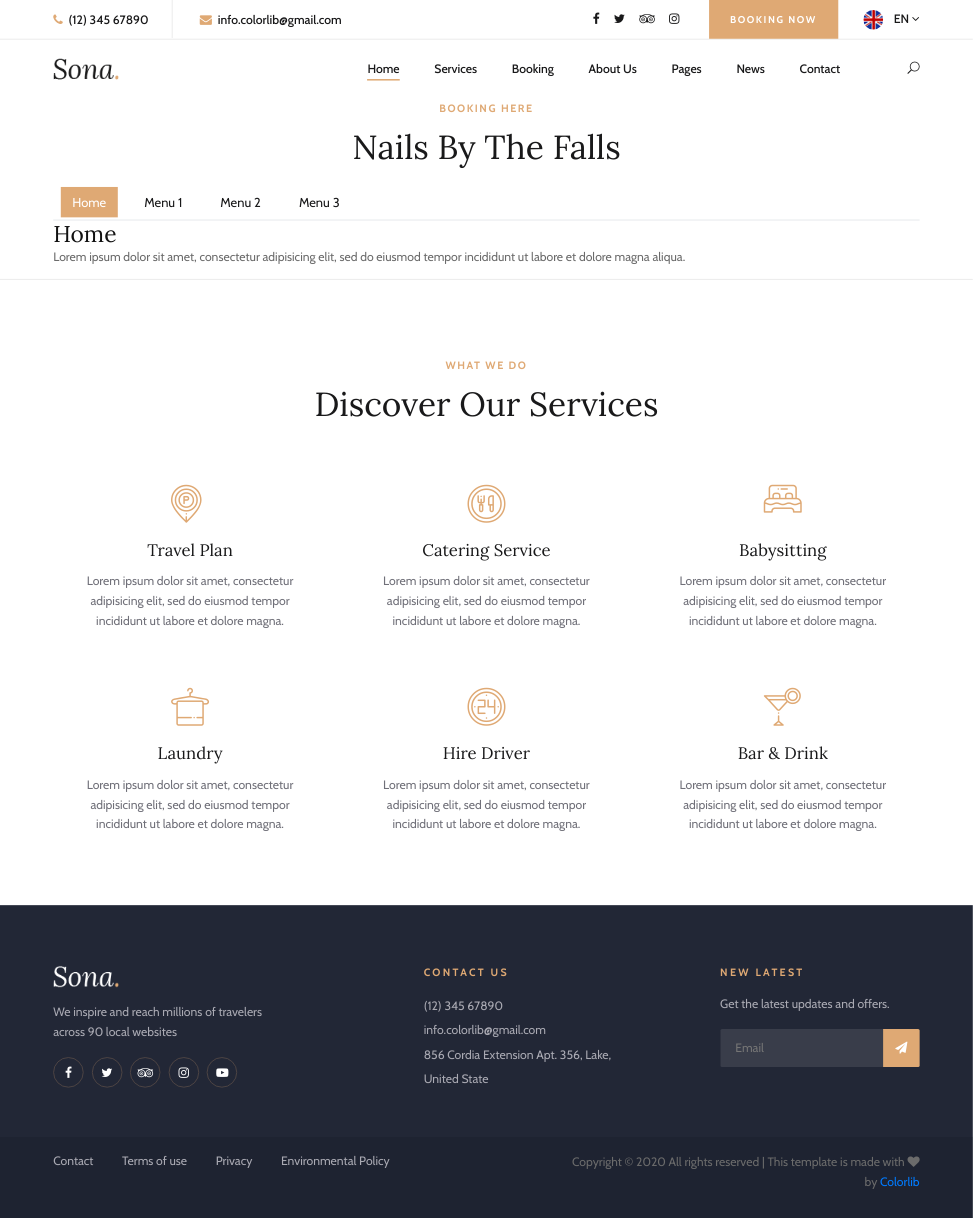
Repository: KeriBoss/Booking_Spa
Page: booking.html
These files come from the project's save history. The page is drawn as it stood at one moment and after the next save; the edit follows.
The browser window is 1280 px wide. The pictures show the whole page, at 76% of full size.

Above is the page before, as saved 2023-05-19 16:01:58.

### booking.html
<!DOCTYPE html>
<html lang="zxx">

<head>
    <meta charset="UTF-8" />
    <meta name="description" content="Sona Template" />
    <meta name="keywords" content="Sona, unica, creative, html" />
    <meta name="viewport" content="width=device-width, initial-scale=1.0" />
    <meta http-equiv="X-UA-Compatible" content="ie=edge" />
    <title>Nail | Template</title>

    <!-- Google Font -->
    <link href="https://fonts.googleapis.com/css?family=Lora:400,700&display=swap" rel="stylesheet" />
    <link href="https://fonts.googleapis.com/css?family=Cabin:400,500,600,700&display=swap" rel="stylesheet" />

    <!-- Css Styles -->
    <link rel="stylesheet" href="css/bootstrap.min.css" type="text/css" />
    <link rel="stylesheet" href="css/font-awesome.min.css" type="text/css" />
    <link rel="stylesheet" href="css/elegant-icons.css" type="text/css" />
    <link rel="stylesheet" href="css/flaticon.css" type="text/css" />
    <link rel="stylesheet" href="css/owl.carousel.min.css" type="text/css" />
    <link rel="stylesheet" href="css/nice-select.css" type="text/css" />
    <link rel="stylesheet" href="css/jquery-ui.min.css" type="text/css" />
    <link rel="stylesheet" href="css/magnific-popup.css" type="text/css" />
    <link rel="stylesheet" href="css/slicknav.min.css" type="text/css" />
    <link rel="stylesheet" href="css/style.css" type="text/css" />
</head>

<body>
    <!-- Page Preloder -->
    <div id="preloder">
        <div class="loader"></div>
    </div>

    <!-- Offcanvas Menu Section Begin -->
    <div class="offcanvas-menu-overlay"></div>
    <div class="canvas-open">
        <i class="icon_menu"></i>
    </div>
    <div class="offcanvas-menu-wrapper">
        <div class="canvas-close">
            <i class="icon_close"></i>
        </div>
        <div class="search-icon search-switch">
            <i class="icon_search"></i>
        </div>
        <div class="header-configure-area">
            <div class="language-option">
                <img src="img/flag.jpg" alt="" />
                <span>EN <i class="fa fa-angle-down"></i></span>
                <div class="flag-dropdown">
                    <ul>
                        <li><a href="#">Zi</a></li>
                        <li><a href="#">Fr</a></li>
                    </ul>
                </div>
            </div>
            <a href="#" class="bk-btn">Booking Now</a>
        </div>
        <nav class="mainmenu mobile-menu">
            <ul>
                <li class="active"><a href="./index.html">Home</a></li>
                <li><a href="./rooms.html">Rooms</a></li>
                <li><a href="./about-us.html">About Us</a></li>
                <li>
                    <a href="./pages.html">Pages</a>
                    <ul class="dropdown">
                        <li><a href="./room-details.html">Room Details</a></li>
                        <li><a href="#">Deluxe Room</a></li>
                        <li><a href="#">Family Room</a></li>
                        <li><a href="#">Premium Room</a></li>
                    </ul>
                </li>
                <li><a href="./blog.html">News</a></li>
                <li><a href="./contact.html">Contact</a></li>
            </ul>
        </nav>
        <div id="mobile-menu-wrap"></div>
        <div class="top-social">
            <a href="#"><i class="fa fa-facebook"></i></a>
            <a href="#"><i class="fa fa-twitter"></i></a>
            <a href="#"><i class="fa fa-tripadvisor"></i></a>
            <a href="#"><i class="fa fa-instagram"></i></a>
        </div>
        <ul class="top-widget">
            <li><i class="fa fa-phone"></i> (12) 345 67890</li>
            <li><i class="fa fa-envelope"></i> info.colorlib@gmail.com</li>
        </ul>
    </div>
    <!-- Offcanvas Menu Section End -->

    <!-- Header Section Begin -->
    <header class="header-section">
        <div class="top-nav">
            <div class="container">
                <div class="row">
                    <div class="col-lg-6">
                        <ul class="tn-left">
                            <li><i class="fa fa-phone"></i> (12) 345 67890</li>
                            <li><i class="fa fa-envelope"></i> info.colorlib@gmail.com</li>
                        </ul>
                    </div>
                    <div class="col-lg-6">
                        <div class="tn-right">
                            <div class="top-social">
                                <a href="#"><i class="fa fa-facebook"></i></a>
                                <a href="#"><i class="fa fa-twitter"></i></a>
                                <a href="#"><i class="fa fa-tripadvisor"></i></a>
                                <a href="#"><i class="fa fa-instagram"></i></a>
                            </div>
                            <a href="#" class="bk-btn">Booking Now</a>
                            <div class="language-option">
                                <img src="img/flag.jpg" alt="" />
                                <span>EN <i class="fa fa-angle-down"></i></span>
                                <div class="flag-dropdown">
                                    <ul>
                                        <li><a href="#">Zi</a></li>
                                        <li><a href="#">Fr</a></li>
                                    </ul>
                                </div>
                            </div>
                        </div>
                    </div>
                </div>
            </div>
        </div>
        <div class="menu-item">
            <div class="container">
                <div class="row">
                    <div class="col-lg-2">
                        <div class="logo">
                            <a href="./index.html">
                                <img src="img/logo.png" alt="" />
                            </a>
                        </div>
                    </div>
                    <div class="col-lg-10">
                        <div class="nav-menu">
                            <nav class="mainmenu">
                                <ul>
                                    <li class="active"><a href="./index.html">Home</a></li>
                                    <li><a href="./rooms.html">Services</a></li>
                                    <li><a href="./rooms.html">Booking</a></li>
                                    <li><a href="./about-us.html">About Us</a></li>
                                    <li>
                                        <a href="./pages.html">Pages</a>
                                        <ul class="dropdown">
                                            <li><a href="./room-details.html">Room Details</a></li>
                                            <li><a href="./blog-details.html">Blog Details</a></li>
                                            <li><a href="#">Family Room</a></li>
                                            <li><a href="#">Premium Room</a></li>
                                        </ul>
                                    </li>
                                    <li><a href="./blog.html">News</a></li>
                                    <li><a href="./contact.html">Contact</a></li>
                                </ul>
                            </nav>
                            <div class="nav-right search-switch">
                                <i class="icon_search"></i>
                            </div>
                        </div>
                    </div>
                </div>
            </div>
        </div>
    </header>
    <!-- Header End -->

    <!-- Booking start-->
    <section class="booking-nail">
        <div class="container">
            <div class="row">
                <div class="col-lg-12">
                    <div class="section-title">
                        <span>Booking here</span>
                        <h2>Nails By The Falls</h2>
                    </div>
                </div>
                <div class="col-lg-12">
                    <div class="w-100">

                    </div>
                    <div class="card-booking">
                        <ul class="nav nav-tabs">
                            <li class="active"><a class="active" data-toggle="tab" href="#home">Home</a></li>
                            <li><a data-toggle="tab" href="#menu1">Menu 1</a></li>
                            <li><a data-toggle="tab" href="#menu2">Menu 2</a></li>
                            <li><a data-toggle="tab" href="#menu3">Menu 3</a></li>
                        </ul>

                        <div class="tab-content">
                            <div id="home" class="tab-pane fade show active">
                                <h3>Home</h3>
                                <p>Lorem ipsum dolor sit amet, consectetur adipisicing elit, sed do eiusmod tempor
                                    incididunt ut labore et dolore magna aliqua.</p>
                            </div>

                            <div id="menu1" class="tab-pane fade">
                                <h3>Menu 1</h3>
                                <p>Lorem ipsum dolor sit amet, consectetur adipisicing elit, sed do eiusmod tempor
                                    incididunt ut labore et dolore magna aliqua.</p>
                            </div>

                            <div id="menu2" class="tab-pane fade">
                                <h3>Menu 2</h3>
                                <p>Lorem ipsum dolor sit amet, consectetur adipisicing elit, sed do eiusmod tempor
                                    incididunt ut labore et dolore magna aliqua.</p>
                            </div>

                            <div id="menu3" class="tab-pane fade">
                                <h3>Menu 3</h3>
                                <p>Lorem ipsum dolor sit amet, consectetur adipisicing elit, sed do eiusmod tempor
                                    incididunt ut labore et dolore magna aliqua.</p>
                            </div>

                        </div>

                    </div>
                </div>
            </div>
        </div>
    </section>
    <!-- Booking end-->

    <!-- Services Section End -->
    <section class="services-section spad">
        <div class="container">
            <div class="row">
                <div class="col-lg-12">
                    <div class="section-title">
                        <span>What We Do</span>
                        <h2>Discover Our Services</h2>
                    </div>
                </div>
            </div>
            <div class="row">
                <div class="col-lg-4 col-sm-6">
                    <div class="service-item">
                        <i class="flaticon-036-parking"></i>
                        <h4>Travel Plan</h4>
                        <p>
                            Lorem ipsum dolor sit amet, consectetur adipisicing elit, sed do
                            eiusmod tempor incididunt ut labore et dolore magna.
                        </p>
                    </div>
                </div>
                <div class="col-lg-4 col-sm-6">
                    <div class="service-item">
                        <i class="flaticon-033-dinner"></i>
                        <h4>Catering Service</h4>
                        <p>
                            Lorem ipsum dolor sit amet, consectetur adipisicing elit, sed do
                            eiusmod tempor incididunt ut labore et dolore magna.
                        </p>
                    </div>
                </div>
                <div class="col-lg-4 col-sm-6">
                    <div class="service-item">
                        <i class="flaticon-026-bed"></i>
                        <h4>Babysitting</h4>
                        <p>
                            Lorem ipsum dolor sit amet, consectetur adipisicing elit, sed do
                            eiusmod tempor incididunt ut labore et dolore magna.
                        </p>
                    </div>
                </div>
                <div class="col-lg-4 col-sm-6">
                    <div class="service-item">
                        <i class="flaticon-024-towel"></i>
                        <h4>Laundry</h4>
                        <p>
                            Lorem ipsum dolor sit amet, consectetur adipisicing elit, sed do
                            eiusmod tempor incididunt ut labore et dolore magna.
                        </p>
                    </div>
                </div>
                <div class="col-lg-4 col-sm-6">
                    <div class="service-item">
                        <i class="flaticon-044-clock-1"></i>
                        <h4>Hire Driver</h4>
                        <p>
                            Lorem ipsum dolor sit amet, consectetur adipisicing elit, sed do
                            eiusmod tempor incididunt ut labore et dolore magna.
                        </p>
                    </div>
                </div>
                <div class="col-lg-4 col-sm-6">
                    <div class="service-item">
                        <i class="flaticon-012-cocktail"></i>
                        <h4>Bar & Drink</h4>
                        <p>
                            Lorem ipsum dolor sit amet, consectetur adipisicing elit, sed do
                            eiusmod tempor incididunt ut labore et dolore magna.
                        </p>
                    </div>
                </div>
            </div>
        </div>
    </section>
    <!-- Services Section End -->

    <!-- Footer Section Begin -->
    <footer class="footer-section">
        <div class="container">
            <div class="footer-text">
                <div class="row">
                    <div class="col-lg-4">
                        <div class="ft-about">
                            <div class="logo">
                                <a href="#">
                                    <img src="img/footer-logo.png" alt="" />
                                </a>
                            </div>
                            <p>
                                We inspire and reach millions of travelers<br />
                                across 90 local websites
                            </p>
                            <div class="fa-social">
                                <a href="#"><i class="fa fa-facebook"></i></a>
                                <a href="#"><i class="fa fa-twitter"></i></a>
                                <a href="#"><i class="fa fa-tripadvisor"></i></a>
                                <a href="#"><i class="fa fa-instagram"></i></a>
                                <a href="#"><i class="fa fa-youtube-play"></i></a>
                            </div>
                        </div>
                    </div>
                    <div class="col-lg-3 offset-lg-1">
                        <div class="ft-contact">
                            <h6>Contact Us</h6>
                            <ul>
                                <li>(12) 345 67890</li>
                                <li>info.colorlib@gmail.com</li>
                                <li>856 Cordia Extension Apt. 356, Lake, United State</li>
                            </ul>
                        </div>
                    </div>
                    <div class="col-lg-3 offset-lg-1">
                        <div class="ft-newslatter">
                            <h6>New latest</h6>
                            <p>Get the latest updates and offers.</p>
                            <form action="#" class="fn-form">
                                <input type="text" placeholder="Email" />
                                <button type="submit"><i class="fa fa-send"></i></button>
                            </form>
                        </div>
                    </div>
                </div>
            </div>
        </div>
        <div class="copyright-option">
            <div class="container">
                <div class="row">
                    <div class="col-lg-7">
                        <ul>
                            <li><a href="#">Contact</a></li>
                            <li><a href="#">Terms of use</a></li>
                            <li><a href="#">Privacy</a></li>
                            <li><a href="#">Environmental Policy</a></li>
                        </ul>
                    </div>
                    <div class="col-lg-5">
                        <div class="co-text">
                            <p>
                                <!-- Link back to Colorlib can't be removed. Template is licensed under CC BY 3.0. -->
                                Copyright &copy;
                                <script>
                                    document.write(new Date().getFullYear());
                                </script>
                                All rights reserved | This template is made with
                                <i class="fa fa-heart" aria-hidden="true"></i> by
                                <a href="https://colorlib.com" target="_blank">Colorlib</a>
                                <!-- Link back to Colorlib can't be removed. Template is licensed under CC BY 3.0. -->
                            </p>
                        </div>
                    </div>
                </div>
            </div>
        </div>
    </footer>
    <!-- Footer Section End -->

    <!-- Search model Begin -->
    <div class="search-model">
        <div class="h-100 d-flex align-items-center justify-content-center">
            <div class="search-close-switch"><i class="icon_close"></i></div>
            <form class="search-model-form">
                <input type="text" id="search-input" placeholder="Search here....." />
            </form>
        </div>
    </div>
    <!-- Search model end -->

    <!-- Js Plugins -->
    <script src="js/jquery-3.3.1.min.js"></script>
    <script src="js/bootstrap.min.js"></script>
    <script src="js/jquery.magnific-popup.min.js"></script>
    <script src="js/jquery.nice-select.min.js"></script>
    <script src="js/jquery-ui.min.js"></script>
    <script src="js/jquery.slicknav.js"></script>
    <script src="js/owl.carousel.min.js"></script>
    <script src="js/main.js"></script>
</body>

</html>

Loaded but not shown: css/bootstrap.min.css (library); css/font-awesome.min.css (library); css/flaticon.css (common file); css/owl.carousel.min.css (library); css/nice-select.css (common file); css/jquery-ui.min.css (library); css/magnific-popup.css (library); css/slicknav.min.css (common file); js/jquery-3.3.1.min.js (library); js/bootstrap.min.js (library); js/jquery.magnific-popup.min.js (library); js/jquery.nice-select.min.js (common file); js/jquery-ui.min.js (library); js/jquery.slicknav.js (library); js/owl.carousel.min.js (library); js/main.js (109 lines, source omitted); css/style.css (2354 lines, source omitted); css/elegant-icons.css (1157 lines, source omitted)

After the next save:
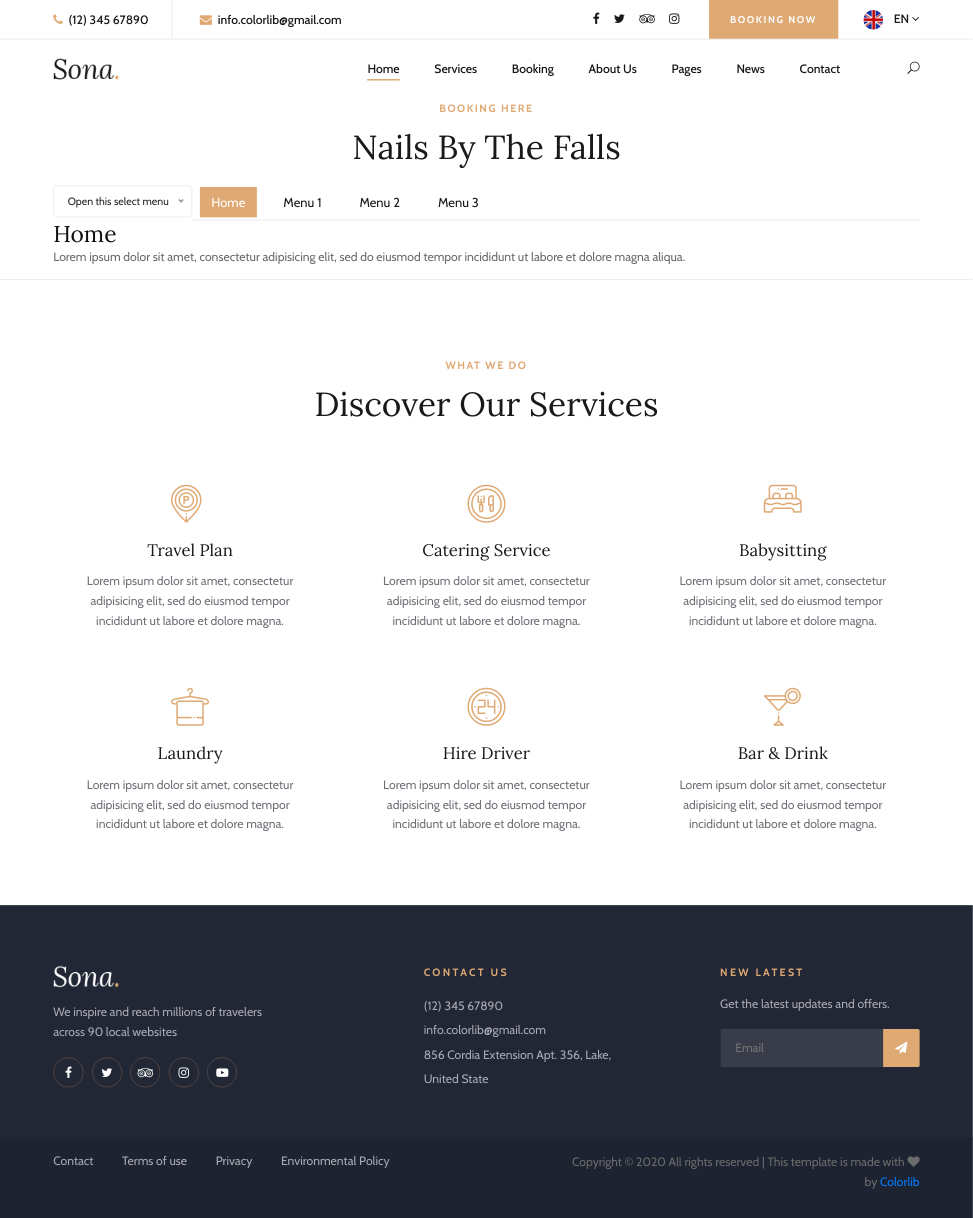
Saved 30 s later.
--- a/booking.html
+++ b/booking.html
@@ -178,7 +178,12 @@
                 </div>
                 <div class="col-lg-12">
                     <div class="w-100">
-
+                        <select class="form-select" aria-label="Default select example">
+                            <option selected>Open this select menu</option>
+                            <option value="1">One</option>
+                            <option value="2">Two</option>
+                            <option value="3">Three</option>
+                          </select>
                     </div>
                     <div class="card-booking">
                         <ul class="nav nav-tabs">
